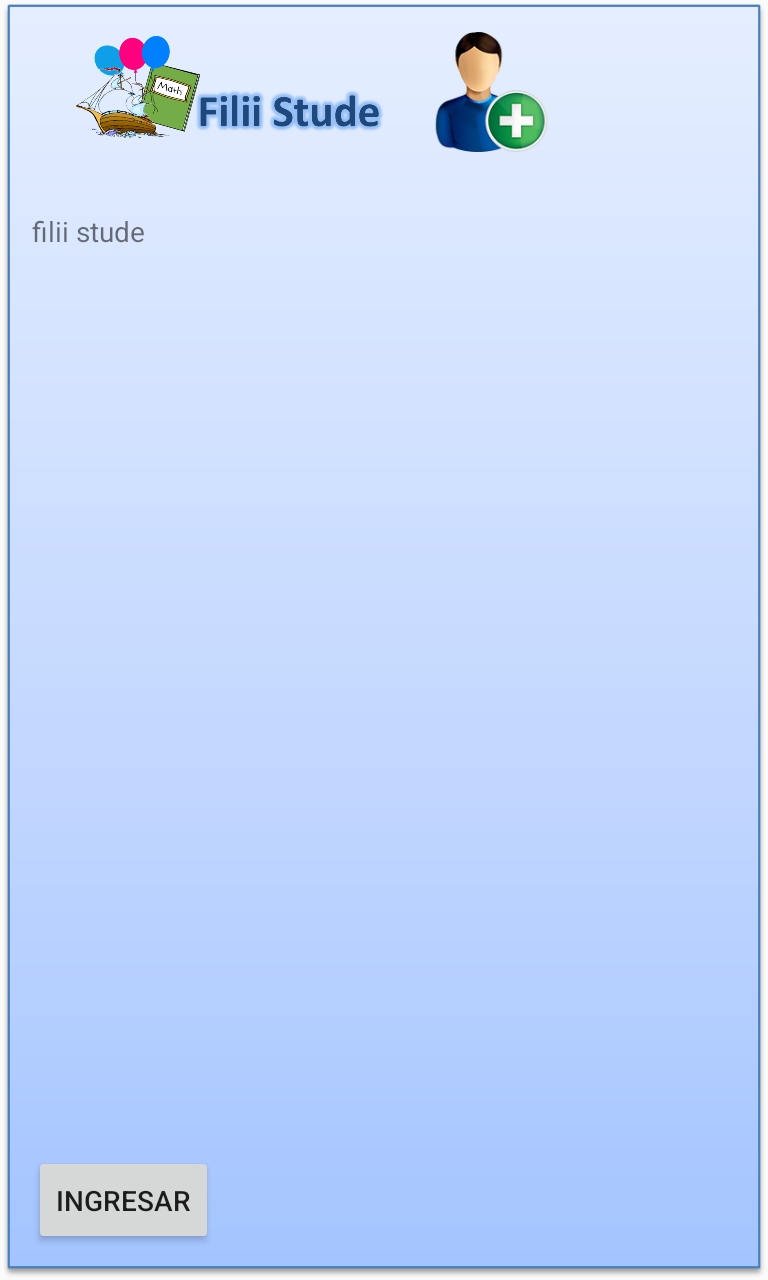
Repository: AntonioloNeviani/ProyectoDeInvestigacion_Android
Layout: FiliiStude/res/layout/activity_main.xml
An editor plug-in stored every save of this project. The layout is shown before and after the next save, followed by the edit.
It is drawn on a 768 x 1280 px phone screen (xhdpi) without system bars, with theme AppTheme; the app's code is not run. Lists and similar views that code fills are empty.

Above is the layout before, as saved 2015-05-26 17:01:10.

After the next save:
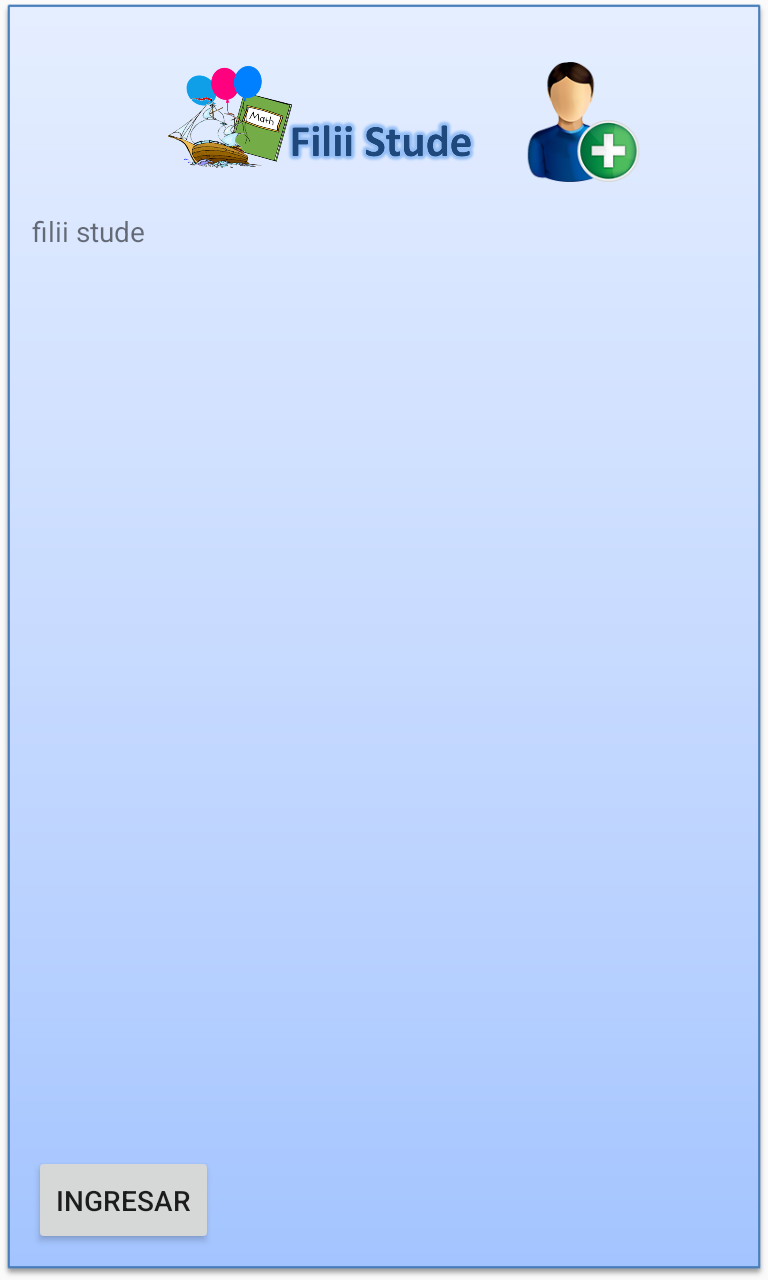
Saved 81 s later.
--- a/FiliiStude/res/layout/activity_main.xml
+++ b/FiliiStude/res/layout/activity_main.xml
@@ -28,7 +28,8 @@
             <LinearLayout
                 android:layout_width="match_parent"
                 android:layout_height="wrap_content"
-                android:layout_weight="0.93" >
+                android:layout_weight="0.93"
+                android:gravity="center" >
 
                 <ImageView
                     android:id="@+id/imageView1"

After the 2 saves that followed:
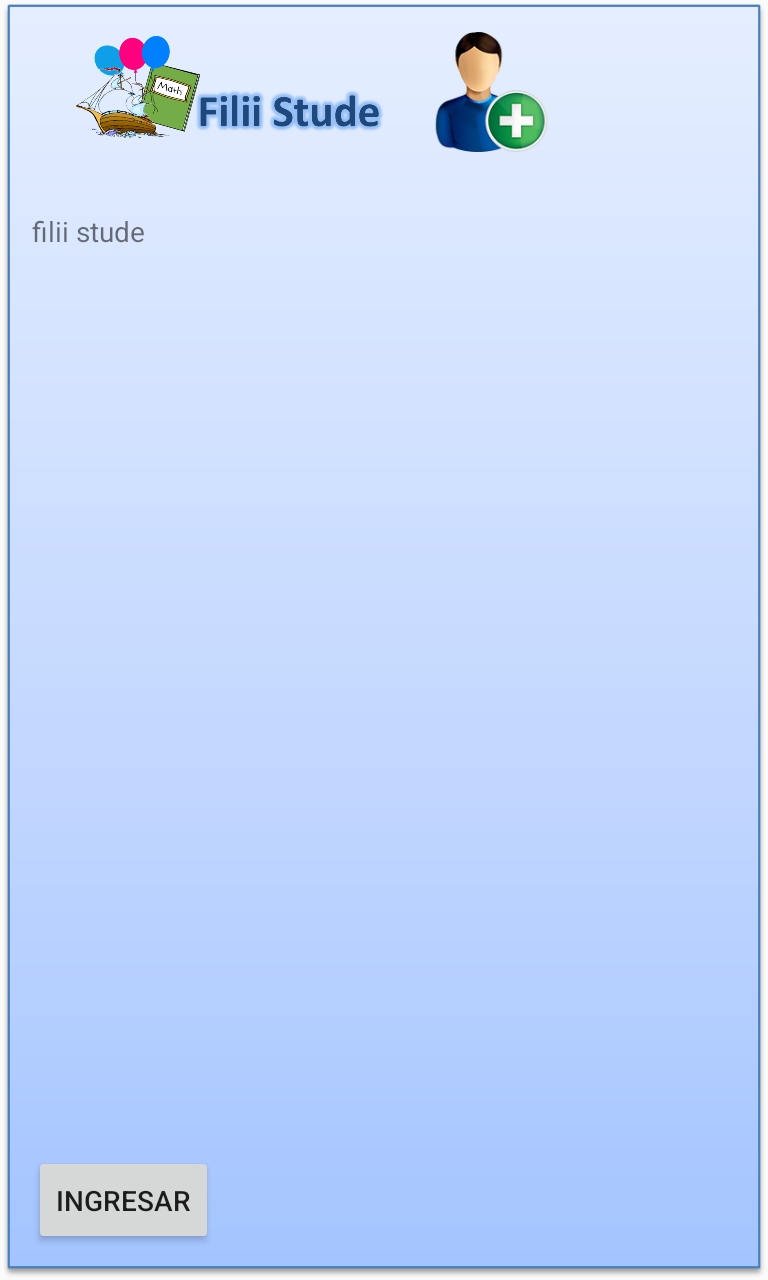
The 2 saves are shown as one change because 1 left the picture as it was.
The last was saved 4 min 44 s later.
--- a/FiliiStude/res/layout/activity_main.xml
+++ b/FiliiStude/res/layout/activity_main.xml
@@ -29,7 +29,7 @@
                 android:layout_width="match_parent"
                 android:layout_height="wrap_content"
                 android:layout_weight="0.93"
-                android:gravity="center" >
+                android:gravity="rigth" >
 
                 <ImageView
                     android:id="@+id/imageView1"
